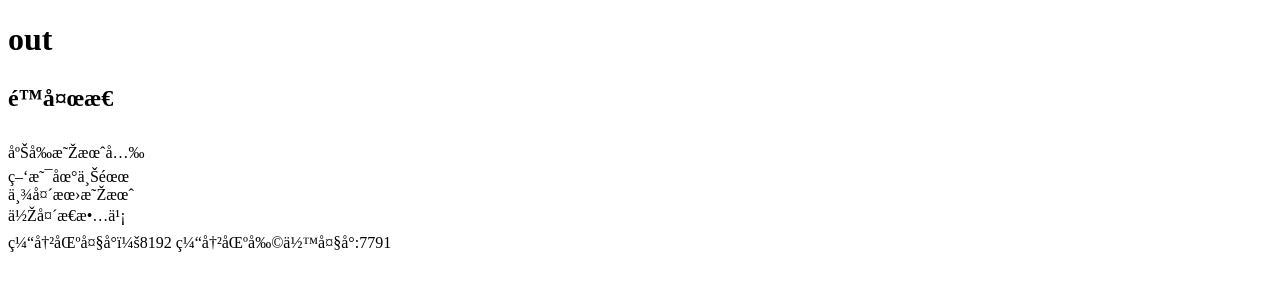
Repository: LauJoeng/JavaEE
Page: http://localhost/JspBaseElementDemo/NewFile.jsp
An editor plug-in stored every save of this project. The page is shown before and after the next save, followed by the edit.
The browser window is 1280 px wide. The pictures show the whole page.
The page is served by Tomcat 9.

Above is the page before, as saved 2017-11-19 09:23:43.

After the next save:
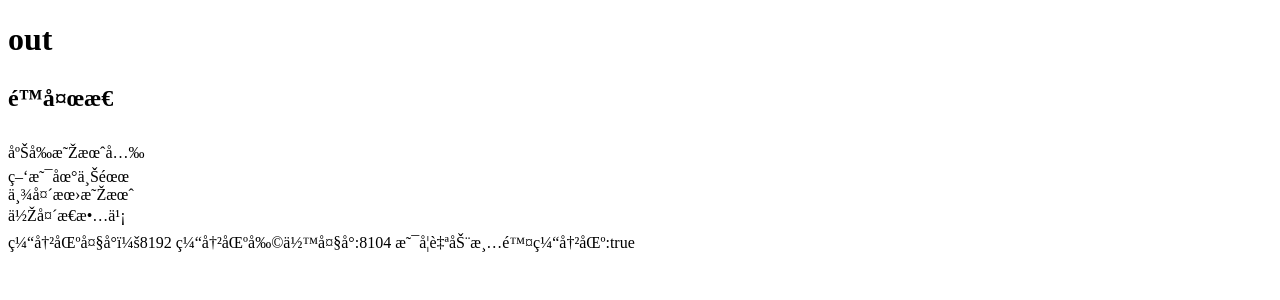
Saved 4 min 20 s later.
--- a/JspBaseElementDemo/WebContent/NewFile.jsp
+++ b/JspBaseElementDemo/WebContent/NewFile.jsp
@@ -12,11 +12,16 @@
 		out.println("<h2>静夜思</h2>");
 		out.println("床前明月光<br>");
 		out.println("疑是地上霜<br>");
+		out.flush();
+		//调用flush()方法后再调用clear()方法会抛出异常
+		//out.clear();
+		//在flush()方法后调用clearBuffer()方法不会抛出异常
+		out.clearBuffer();
 		out.println("举头望明月<br>");
 		out.println("低头思故乡<br>");
 	%>
 	缓冲区大小：<%=out.getBufferSize() %>
 	缓冲区剩余大小:<%=out.getRemaining() %>
-
+	是否自动清除缓冲区:<%=out.isAutoFlush() %>
 </body>
 </html>
